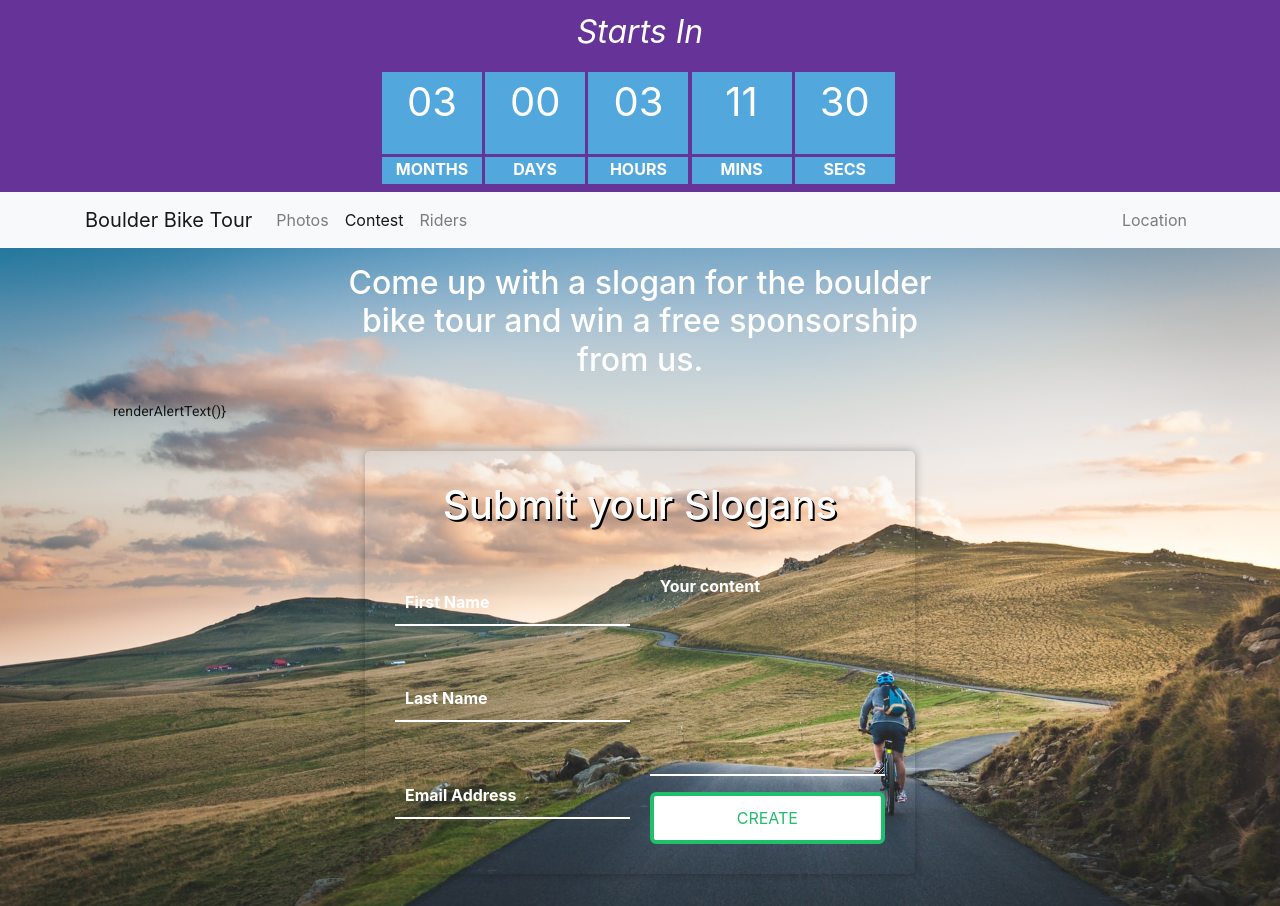
Repository: akinsikuoluwafemi/boulder_bike_tour_frontend
Page: /contest
An editor plug-in stored every save of this project. The page is shown before and after the next save, followed by the edit.
The browser window is 1280 px wide. The pictures show the whole page.
The page's requests for data from a server got no answer. Some web libraries are served in a nearby version. The project was rebuilt for these pictures with package versions that can differ from the ones it lists, and the page was loaded fresh each time. No one was signed in, and anything a server would have sent is missing. Also part of the build but not shown: src/components/Home/LatestNews.js, src/components/Home/Winners.js, src/components/Accordions/Accordions.js, src/components/Home/FooterContent.js, src/components/Home/Home.js, src/components/Location/mapStyles.js, src/components/Spinner/Spinner.scss, src/components/Spinner/Spinner.js and 5 more.

Above is the page before, as saved 2020-08-23 07:41:37.

### public/index.html
<!DOCTYPE html>
<html lang="en">
  <head>
    <meta charset="utf-8" />
    <link rel="icon" href="%PUBLIC_URL%/bike.jpg"/>
    <meta name="viewport" content="width=device-width, initial-scale=1" />
    <meta name="theme-color" content="#000000" />
    <meta
      name="description"
      content="Web site created using create-react-app"
    />
    <link rel="apple-touch-icon" href="%PUBLIC_URL%/logo192.png" />
    <!--
      manifest.json provides metadata used when your web app is installed on a
      user's mobile device or desktop. See https://developers.google.com/web/fundamentals/web-app-manifest/
    -->
    <link rel="manifest" href="%PUBLIC_URL%/manifest.json" />
    <link href="https://fonts.googleapis.com/css2?family=Poppins&display=swap" rel="stylesheet">
    <link rel="stylesheet" type="text/css" charset="UTF-8" href="https://cdnjs.cloudflare.com/ajax/libs/slick-carousel/1.6.0/slick.min.css" />
    <link rel="stylesheet" type="text/css" href="https://cdnjs.cloudflare.com/ajax/libs/slick-carousel/1.6.0/slick-theme.min.css" />
    <!--
      Notice the use of %PUBLIC_URL% in the tags above.
      It will be replaced with the URL of the `public` folder during the build.
      Only files inside the `public` folder can be referenced from the HTML.

      Unlike "/favicon.ico" or "favicon.ico", "%PUBLIC_URL%/favicon.ico" will
      work correctly both with client-side routing and a non-root public URL.
      Learn how to configure a non-root public URL by running `npm run build`.
    -->
    <link href="https://fonts.googleapis.com/css2?family=Anton&display=swap" rel="stylesheet">
    <link rel="stylesheet" href="https://stackpath.bootstrapcdn.com/bootstrap/4.4.1/css/bootstrap.min.css" integrity="sha384-Vkoo8x4CGsO3+Hhxv8T/Q5PaXtkKtu6ug5TOeNV6gBiFeWPGFN9MuhOf23Q9Ifjh"
      crossorigin="anonymous">
    <title>Boulder Bike Tour</title>
  </head>
  <body>
    <noscript>You need to enable JavaScript to run this app.</noscript>
    <div id="root"></div>
    <!--
      This HTML file is a template.
      If you open it directly in the browser, you will see an empty page.

      You can add webfonts, meta tags, or analytics to this file.
      The build step will place the bundled scripts into the <body> tag.

      To begin the development, run `npm start` or `yarn start`.
      To create a production bundle, use `npm run build` or `yarn build`.
    -->
    <script src="https://code.jquery.com/jquery-3.3.1.slim.min.js" integrity="sha384-q8i/X+965DzO0rT7abK41JStQIAqVgRVzpbzo5smXKp4YfRvH+8abtTE1Pi6jizo"
      crossorigin="anonymous">
      </script>
    <script src="https://cdnjs.cloudflare.com/ajax/libs/popper.js/1.14.7/umd/popper.min.js" integrity="sha384-UO2eT0CpHqdSJQ6hJty5KVphtPhzWj9WO1clHTMGa3JDZwrnQq4sF86dIHNDz0W1"
      crossorigin="anonymous">
      </script>
    <script src="https://stackpath.bootstrapcdn.com/bootstrap/4.3.1/js/bootstrap.min.js" integrity="sha384-JjSmVgyd0p3pXB1rRibZUAYoIIy6OrQ6VrjIEaFf/nJGzIxFDsf4x0xIM+B07jRM"
      crossorigin="anonymous">
      </script>
  </body>
</html>

### src/index.js
import React from 'react';
import ReactDOM from 'react-dom';
import './index.css';
import * as serviceWorker from './serviceWorker';
import Navigation from './components/Navigation';
import { RiderProvider } from './components/context';
import "slick-carousel/slick/slick.css";
import "slick-carousel/slick/slick-theme.css";

ReactDOM.render(
  <React.StrictMode>
    <RiderProvider>
      <Navigation />
    </RiderProvider>
  </React.StrictMode>,
  document.getElementById('root')
);

// If you want your app to work offline and load faster, you can change
// unregister() to register() below. Note this comes with some pitfalls.
// Learn more about service workers: https://bit.ly/CRA-PWA
serviceWorker.unregister();

### src/index.css
body {
  margin: 0;
  font-family: -apple-system, BlinkMacSystemFont, 'Segoe UI', 'Roboto', 'Oxygen',
    'Ubuntu', 'Cantarell', 'Fira Sans', 'Droid Sans', 'Helvetica Neue',
    sans-serif;
  -webkit-font-smoothing: antialiased;
  -moz-osx-font-smoothing: grayscale;
}

code {
  font-family: source-code-pro, Menlo, Monaco, Consolas, 'Courier New',
    monospace;
}

body {
  overflow-x: hidden;
}

### src/components/Navigation.js
import React from 'react';
import { BrowserRouter as Router, Route, Switch } from 'react-router-dom';
import Home from './Home/Home';
import Contest from './Contest/Contest';
import Location from './Location/Location';
import ImageList from './Photos/ImageList';
import Riders from './Riders/Riders';





export default function Navigation() {
    return (
        <Router>

            <Switch>
                <Route exact path="/" component={Home} />
                <Route exact path="/contest" component={Contest} />
                <Route exact path="/riders" component={Riders} />
                <Route exact path="/location" component={Location} />
                <Route exact path="/photos" component={ImageList} />
            </Switch>
        </Router>
    )
}

### src/components/context.js
import React, { Component } from 'react';

const RiderContext = React.createContext()


class RiderProvider extends Component
{
    state = {
        riders: [],
        loading: true




    }

    componentDidMount()
    {
        fetch('https://bike-boulder-tour.herokuapp.com/api/v1/riders')
            .then(response => response.json())
            .then(riders =>{
                this.setState({ riders: riders, loading: false })

            })
            .catch(error => console.log(error))

    }







    render(){




        return (
            <RiderContext.Provider value={{ ...this.state }}>
                {this.props.children}
            </RiderContext.Provider>
        )
    }
}

const RiderConsumer = RiderContext.Consumer

export { RiderProvider, RiderConsumer, RiderContext }

### src/components/Contest/Contest.js
import React, {useState, useContext} from "react";
import "./Contest.scss";
import { Link } from "react-router-dom";
import HeaderTime from "../HeaderTime/HeaderTime";
import Form from "./Form/Form";
// import Alert from '';
// import {AlertContext} from '../../'
import Alert from "@material-ui/lab/Alert";
import { AlertContext } from '../AlertContext';

const Contest = () => {

    const [alert, setAlert] = useState("");

    const renderAlertText = () => {
      if(alert === 'success'){
        return `Your slogan was successfully saved`
      }else if(alert === 'error'){
        return `Your slogan was unable to save`
      }else {
        return null
      }
    }

    return (
      <div>
        <HeaderTime />

        <nav class="navbar navbar-expand-sm sticky-top navbar-light bg-light">
          <div class="container">
            <Link to="/" class="navbar-brand">
              Boulder Bike Tour
            </Link>
            <button
              class="navbar-toggler navbar-toggler-right"
              type="button"
              data-toggle="collapse"
              data-target="#navbar1"
            >
              <span class="navbar-toggler-icon"></span>
            </button>
            <div class="collapse navbar-collapse" id="navbar1">
              <ul class="navbar-nav">
                <li class="nav-item">
                  <Link to="/photos" class="nav-link">
                    Photos
                  </Link>
                </li>
                <li class="nav-item active">
                  <Link to="/contest" class="nav-link">
                    Contest
                  </Link>
                </li>
                <li class="nav-item">
                  <Link to="/riders" class="nav-link">
                    Riders
                  </Link>
                </li>
              </ul>
              <ul class="navbar-nav ml-auto">
                <li class="nav-item ">
                  <Link to="/location" class="nav-link">
                    Location
                  </Link>
                </li>
              </ul>
            </div>
          </div>
        </nav>

        {/*  */}

        <div className="bg-contest">
          <div className="container py-3">
            <h2 className="text-center contest-heading-text text-white">
              Come up with a slogan for the boulder bike tour and win a free
              sponsorship from us.
            </h2>
            <AlertContext.Provider value={{ alert, setAlert }}>
              {/* <Alert severity={severity}>{alertText}</Alert> */}
              <Alert severity={alert}>
                {/* {alert === 'sucess' ? 'Your slogan was successfully saved': 'Your slogan was unable to save' } */}
                renderAlertText()}
              </Alert>

              <div className="px-3 py-3 form-center">
                <Form />
              </div>
            </AlertContext.Provider>
          </div>
        </div>

        {/*  */}
      </div>
    );
};

export default Contest;

### src/components/Home/Home.scss
.header-hero {
    display: grid;
    grid-template-columns: repeat(auto-fit,minmax(400px, 1fr));
    height: 75vh;
    background: #52A7DD;
    // grid-gap: .2rem;
    background-image: url('../../images/image6.jpg');
    background-size: cover;
    background-repeat: no-repeat;
    background-position: top;
}

.heading-img {

}

.heading-text {
    // padding: 3rem;
    margin: auto;

}


.btn-hero {
    display: flex;
    justify-content: space-between;
    padding: .5rem;
    align-items: center;
    cursor: pointer;
    border-radius: 0.3rem;
    transition: all .5s ease-in-out;
}

.btn-hero:hover {
    box-shadow: 0 1px 3px 0 rgba(0, 0, 0, 0.1), 0 1px 2px 0 rgba(0, 0, 0, 0.06);
    background: #222;

}

.btn-text {
    font-weight: bold;
}
.card-width{
    width: 20rem!important;
}



// slick slider start

.slide-container {
      display: grid;
    grid-gap: 1rem;
    grid-template-columns: repeat(auto-fit, minmax(220px, 1fr));

    grid-gap: .8rem;

}

.figure-container {
}

.figure-container:focus {
    outline: none;
}

.fig-image {
    background-image: url('../../images/image2.jpg');
    background-size: cover;
    background-position: center;
    background-repeat: no-repeat;
    height: 10rem;
    transition: all .5s ease-in-out;
    overflow: auto;

    cursor: pointer;
}

.youth-biking-image {
    background-image: url('../../images/youthbiking.jpg');
    background-size: cover;
    background-position: center;
    background-repeat: no-repeat;
    height: 10rem;
    transition: all .5s ease-in-out;
    overflow: auto;

    cursor: pointer;
}

.mascot {
    background-image: url('../../images/mascots.jpg');
    background-size: cover;
    background-position: center;
    background-repeat: no-repeat;
    height: 10rem;
    transition: all .5s ease-in-out;
    overflow: auto;

    cursor: pointer;
}

.olympic {
    background-image: url('../../images/olympic.jpg');
    background-size: cover;
    background-position: center;
    background-repeat: no-repeat;
    height: 10rem;
    transition: all .5s ease-in-out;
    overflow: auto;
    cursor: pointer;
}


.wis {
    background-image: url('../../images/wis.jpg');
    background-size: cover;
    background-position: center;
    background-repeat: no-repeat;
    height: 10rem;
    transition: all .5s ease-in-out;
    overflow: auto;
    cursor: pointer;
}

.sfj {
    background-image: url('../../images/sfj.jpg');
    background-size: cover;
    background-position: center;
    background-repeat: no-repeat;
    height: 10rem;
    transition: all .5s ease-in-out;
    overflow: auto;
    // -webkit-filter: grayscale(100%); /* Safari 6.0 - 9.0 */
    // filter: grayscale(100%);
    cursor: pointer;
}




.fig-image:hover {
    // filter: grayscale(0%);
}



.tag {
    // background: #52A7DD;
    padding: .3rem;
    display: inline;
    font-family: 'Poppins', sans-serif;
    text-shadow: 0px 4px 3px rgba(0,0,0,0.4),
             0px 8px 13px rgba(0,0,0,0.1),
             0px 18px 23px rgba(0,0,0,0.1);

}





.figure-caption {
    // background: #52A7DD;
    padding: .5rem;
}



.caption-text {
    transition: all .2s ease-in;
    cursor: pointer;

color: rgba(0,0,0,0.6);
text-shadow: 2px 8px 6px rgba(0,0,0,0.2),
                 0px -5px 35px rgba(255,255,255,0.3);
}

.caption-text:hover {
    color: #52A7DD
}

button.slick-arrow {
    background: #777;
    // fill: #115C8D;
    border-radius: 50%;
}

.slick-prev:hover,.slick-prev:focus,.slick-next:hover,.slick-next:focus {
    background: #777;

}

.slick-prev:hover,.slick-prev:focus,.slick-next:hover,.slick-next:focus {

    color: transparent!important;
    outline: none!important;
    background: #777!important;

}


@media(min-width: 768px){
    .show-big {
        display: block;
        // background: pink!important;
    }
     .show-small {
        display: none;
    }
}

@media(max-width: 767px){
    .show-big {
        display: none;
    }
    .show-small {
        display: block;
    }
}

// slick slider end



// past winners start

.profile-card-5{
    margin-top:20px;
}
.profile-card-5 .btn{
    border-radius:2px;
    text-transform:uppercase;
    font-size:12px;
    padding:7px 20px;
}
.profile-card-5 .card-img-block {
    width: 91%;
    margin: 0 auto;
    position: relative;
    top: -20px;

}
.profile-card-5 .card-img-block img{
    border-radius:5px;
    box-shadow:0 0 10px rgba(0,0,0,0.63);
}
.profile-card-5 h5{
    color:#52A7DD;
    font-weight:600;
}
.profile-card-5 p{
    font-size:16px;
    font-weight:500;

}
.profile-card-5 .btn-primary{
    background-color:#52A7DD;
    border-color:#52A7DD;
    font-weight: 600;
}


// past winners end


.winners-container {
     display: grid;
    // grid-template-rows: repeat(2,1fr);
    grid-gap: 1rem;
    grid-template-columns: repeat(auto-fit, minmax(220px, 1fr));
    // justify-content: center;
    // background: palegoldenrod;
    // height: 16rem;
    grid-gap: .8rem;
}

.footer-container {
    padding: 3rem 0rem;
    display: grid;
    // grid-template-rows: repeat(2,1fr);
    grid-gap: 1rem;
    grid-template-columns: repeat(auto-fit, minmax(210px, 1fr));
    justify-content: center;
    // background: palegoldenrod;
    // height: 16rem;
    // align-items: center;
    grid-gap: .8rem;
}

.footer-heading-text {
    font-weight: 700;
    text-transform: uppercase;
    font-size: .9rem;
}

.footer-list {
    margin: 0;
    padding: 0;
}

.footer-list-item {
    list-style-type: none;
    text-transform: uppercase;
    font-size: .75rem;
    color: #777;
    font-weight: 600;
}

.hero-intro-text {

background-color: #666666;
    -webkit-background-clip: text;
    -moz-background-clip: text;
    background-clip: text;
    font-weight: 600;
    text-shadow: rgba(255,255,255,0.5) 0px 3px 3px;
}

.bg-purple {
    background: #663399;
}



// @media(max-width: 320px){
//     .header-hero {
//         justify-content: center;
//         align-items: center;

//     }
// }

@media(max-width: 425px){
     .header-hero {
        justify-content: center;
        align-items: center;

    }

    .bg-purple {
        background: transparent!important;
    }


}


body {
  overflow-x: hidden;
}

### src/components/HeaderTime/HeaderTime.js
import React from 'react'
import './HeaderTime.scss'
import CountDown from './CountDown'



function HeaderTime () {
    return (
        <CountDown futureDate="2020-11-23T09:33:32.212Z" />
    )
}

export default HeaderTime

### src/components/Contest/Contest.scss
.form-center {
    display: flex;
    justify-content: center;
    align-items: center;
}

.contest-heading-text {
    padding: 0 15rem;

}

@media(max-width: 1025px){
    .contest-heading-text {
        padding: 0 0rem;

    }

}

.bg-contest {
    background-image: url('../../images/contest-hero.jpg');
    background-size: cover;
    background-repeat: no-repeat;
    background-position: center;
}

### src/components/AlertContext.js
import { createContext } from 'react';

export const AlertContext = createContext();

### src/components/Photos/Photos.scss
.image-list {
    display: grid;
    grid-template-columns: repeat(auto-fill, minmax(250px, 1fr));
    grid-gap: 1px 10px;
    grid-auto-rows: 10px;
    justify-content: center;
    align-items: center;

}

.image-list img {
    width: 250px;
    grid-row-end: span 2;
}

.image-container {
    position: relative
}


.tags {
    z-index: 2;
    position: absolute;
  top: 50%; right: 50%;
  transform: translate(50%,-50%);
    background: transparent;

}

.photo-hero-container {
    display: flex;
    justify-content: center;
    align-items: center;
    height: 70vh;

}

.bg-hero-photo {
      background-image: url('../../images/picture-hero.jpg');
    background-position: center;
    background-size: cover;
    background-repeat: repeat;
}

.photo-hero-text {
    // font-size: 2rem;
    text-align: center;
    font-weight: 500;
    font-family: 'Anton', sans-serif;
}




// button start

.example_d {
cursor: pointer;
color: #20bf6b !important;
text-transform: uppercase;
background: #ffffff;
padding: 10px 20px;
border: 4px solid #20bf6b !important;
border-radius: 6px;
display: inline-block;
transition: all 0.3s ease 0s;
z-index: 500;
}

.example_d:hover {
color: #494949 !important;
border-radius: 50px;
border-color: #494949 !important;
transition: all 0.3s ease 0s;
}

// button end

### src/components/HeaderTime/HeaderTime.scss
.timer-container {
    background: rebeccapurple;
    height: 12rem;
    display: flex;
    flex-direction: column;
    justify-content: center;
    align-items: center;
    color: white;
}

.timer-content {
    text-align: center;
    display: flex;
}
.timer-content > *:not(last-child) {
    margin-right: .2rem;
}

.timer-box {
    height: 7rem;
    display: grid;
    grid-template-columns: repeat(auto-fill,minmax(100px, 1fr));
    grid-template-rows: 3fr 1fr;
    grid-gap: .2rem;

}

.timer-num {
    font-size: 2.5rem;
    grid-row: 1/2;
    background: #52A7DD;
}
.starts {
    font-size: 2rem;
    font-style: italic;
}
.days {
    grid-row: 2/-1;
    font-weight: bold;
    background: #52A7DD;
}

.mobile-countdown {
    background: #52A7DD;
    padding: .3rem 1rem;
}


@media(max-width: 575px){
    .timer-content {
        display: none;
    }
    .timer-container {
        height: 16rem;
        // margin-bottom: 2rem;
    }
}




.time-small-container {
    text-align: center;
    display: none;

}

@media(max-width: 575px){
    .time-small-container {
        display: block;
    }
}

.time-small-container > * {
    margin-bottom: .1rem;
}

### src/components/Contest/Form/Form.scss
@import url('https://fonts.googleapis.com/css?family=Roboto');


.wrapper{


  width: 100%;
  max-width: 550px;
  // background: rgba(0,0,0,0.8);
  padding: 30px;
  border-radius: 5px;
  box-shadow: 0 0 10px rgba(0,0,0,0.3);
}

.wrapper .title h1{
  color: #fff;
  text-align: center;
  margin-bottom: 25px;
  text-shadow: 2px 2px #000;
}

.contact-form{
  display: flex;
}

.input-fields{
  display: flex;
  flex-direction: column;
  margin-right: 4%;
  justify-content: space-around;
}

.input-fields,
.msg{
  width: 48%;
}

.input-fields .input,
.msg textarea{
  margin: 10px 0;
  background: transparent;
  border: 0px;
  border-bottom: 2px solid #fff;
  padding: 10px;
  color: #fff;
  width: 100%;
  outline: none;
  font-weight: bold;
}

.msg textarea{
  height: 212px;
}

::-webkit-input-placeholder {
  /* Chrome/Opera/Safari */
  color: #fff;
}
::-moz-placeholder {
  /* Firefox 19+ */
  color: #fff;
}
:-ms-input-placeholder {
  /* IE 10+ */
  color: #c5ecfd;
}



@media screen and (max-width: 600px){
  .contact-form{
    flex-direction: column;
  }
  .msg textarea{
    height: 80px;
  }
  .input-fields,
  .msg{
    width: 100%;
  }
}

### src/components/Accordions/Accordions.scss
/* The Magic */
ul {
    margin: 0;
    padding: 0;
}


.accordion:hover .accordion-item:hover .accordion-item-content,
.accordion .accordion-item--default .accordion-item-content {
    height: 6rem;

}

.accordion-item-content,
.accordion:hover .accordion-item-content {
    height: 0;
    overflow-y: scroll;
    transition: height .25s;
    color: #444;
    padding-left: .5rem;
    font-size: .9rem;
}

.accordion-item-content li {
    padding-bottom: .5rem;
}


/* Aesthetic */


.accordion {
    padding: 0;
    margin: 0 auto;
    // width: 90vw;
    // font-family: "PT Sans" sans-serif;
}

.accordion .accordion-item {
//   background-image: linear-gradient(90deg, #eee, #f5f5f5, #eee);
  border-bottom: .1px solid #222;
  padding: .8rem;
  color: #777;
  cursor: pointer;
}

.accordion-item-content {
//   background-image: linear-gradient(90deg, #eee, #f5f5f5, #eee);

}

.accordion p {
  margin: 0;
  color: #bbb;
}




.accordion .accordion-item:nth-child(odd) {
     -webkit-border-radius: .2rem;
            border-radius: .2rem;
    -webkit-box-shadow: 0 0 10px rgba(0, 0, 0, 0.4);
       -moz-box-shadow: 0 0 10px rgba(0, 0, 0, 0.4);
            box-shadow: 0 0 10px rgba(0, 0, 0, 0.4);
    z-index: -1;
}


.accordion .accordion-item:nth-child(odd) {
//   background-color: hsl(280, 60%, 45%);
//   background-image: linear-gradient(-90deg, hsl(280, 80%, 60%), hsl(280, 60%, 45%) 2em, hsl(280, 80%, 60%));
}

.accordion .accordion-item:nth-child(3) {
//   background-color: hsl(40, 80%, 40%);
//   background-image: linear-gradient(-90deg, hsl(40, 80%, 60%), hsl(40, 80%, 45%) 2em, hsl(40, 80%, 60%));
}

.accordion .accordion-item:nth-child(4) {
//   background-color: hsl(80, 40%, 40%);
//   background-image: linear-gradient(-90deg, hsl(80, 80%, 40%), hsl(80, 80%, 35%) 2em, hsl(80, 80%, 40%));
}

Loaded but not shown: src/serviceWorker.js (common file); src/components/Contest/Form/Form.js (148 lines, source omitted); src/components/HeaderTime/CountDown.js (101 lines, source omitted); src/components/Location/Location.scss (no stored copy; drawn as an empty file)

After the next save:
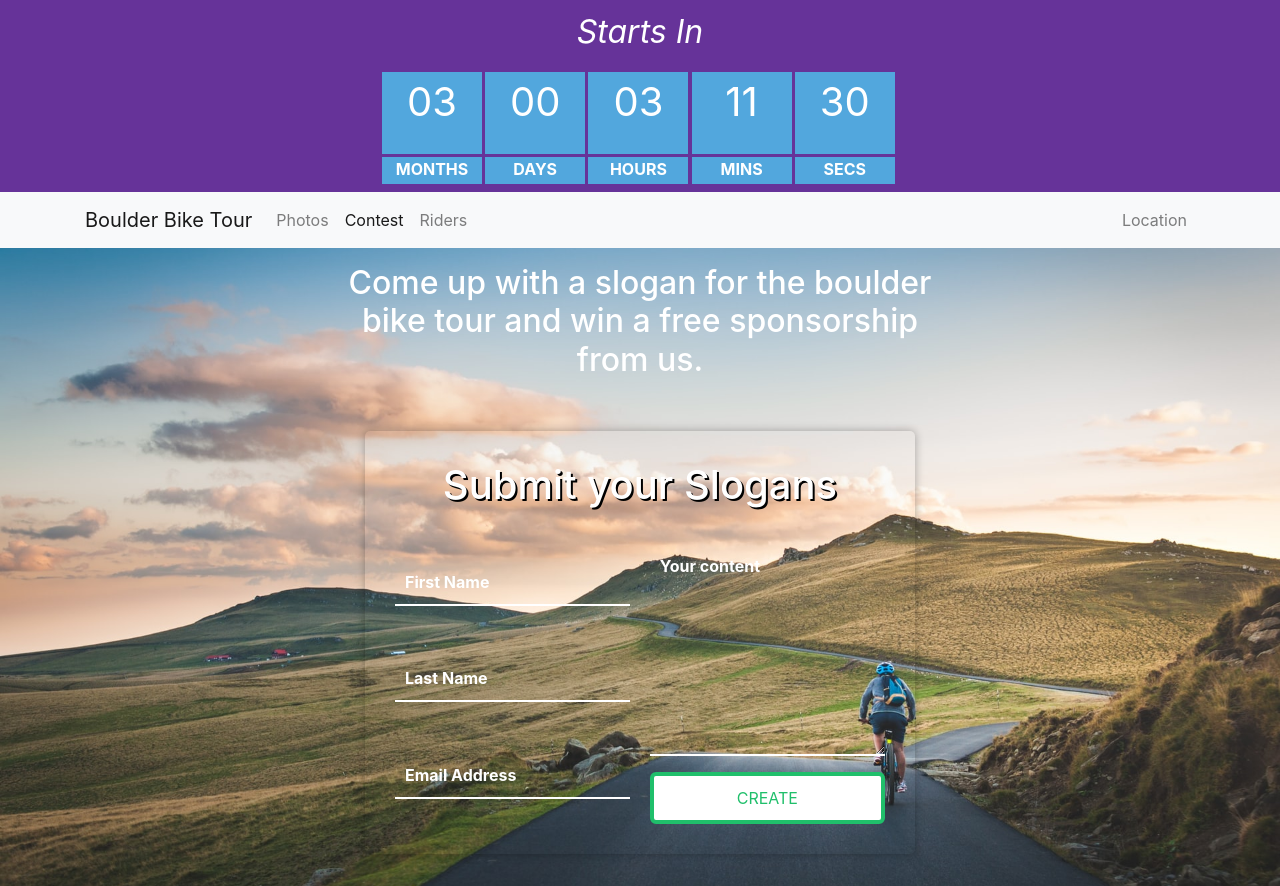
Saved 12 s later.
--- a/src/components/Contest/Contest.js
+++ b/src/components/Contest/Contest.js
@@ -80,7 +80,7 @@ const Contest = () => {
               {/* <Alert severity={severity}>{alertText}</Alert> */}
               <Alert severity={alert}>
                 {/* {alert === 'sucess' ? 'Your slogan was successfully saved': 'Your slogan was unable to save' } */}
-                renderAlertText()}
+                {renderAlertText()}
               </Alert>
 
               <div className="px-3 py-3 form-center">
